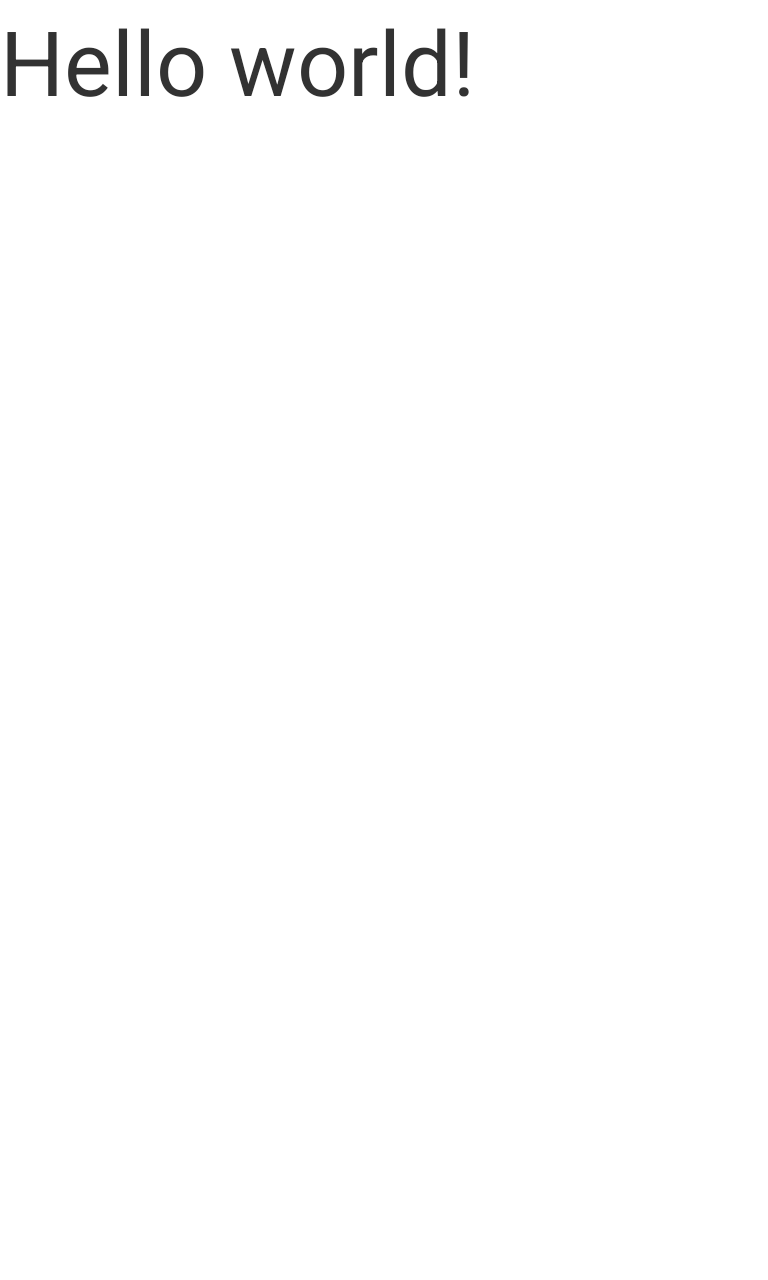
Repository: Maxxxushi/YoutubeTutorial
Layout: YoutubeTutorial/res/layout/activity_starting_point.xml
These files come from the project's save history. The layout is drawn as it stood at one moment and after the next save; the edit follows.
It is drawn on a 768 x 1280 px phone screen (xhdpi) without system bars, with theme AppTheme; the app's code is not run.

Above is the layout before, as saved 2013-01-15 18:02:28.

After the next save:
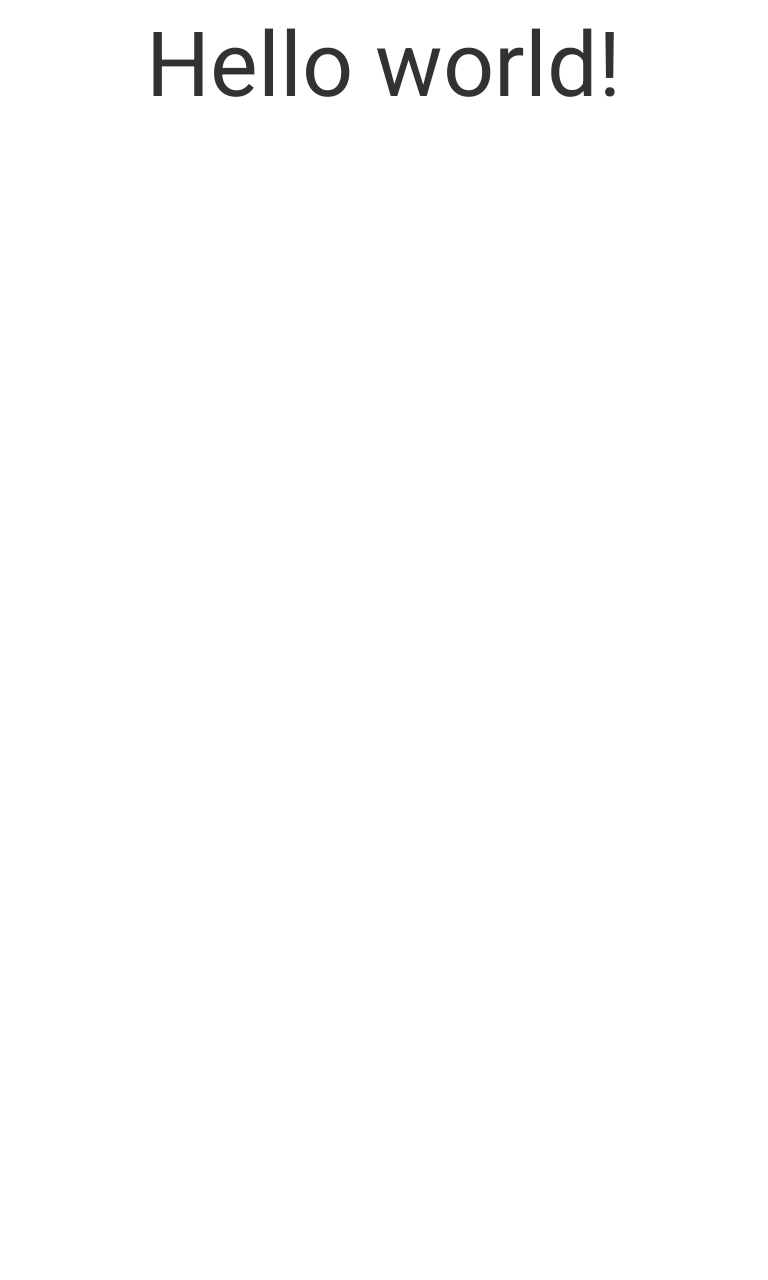
Saved 47 s later.
--- a/YoutubeTutorial/res/layout/activity_starting_point.xml
+++ b/YoutubeTutorial/res/layout/activity_starting_point.xml
@@ -8,8 +8,8 @@
     <TextView
         android:layout_width="wrap_content"
         android:layout_height="wrap_content"
-        android:layout_centerHorizontal="true"
-        android:layout_centerVertical="true"
+        android:layout_gravity="center"
+        android:gravity="center"
         android:text="@string/hello_world"
         android:textSize="45sp" />
 
